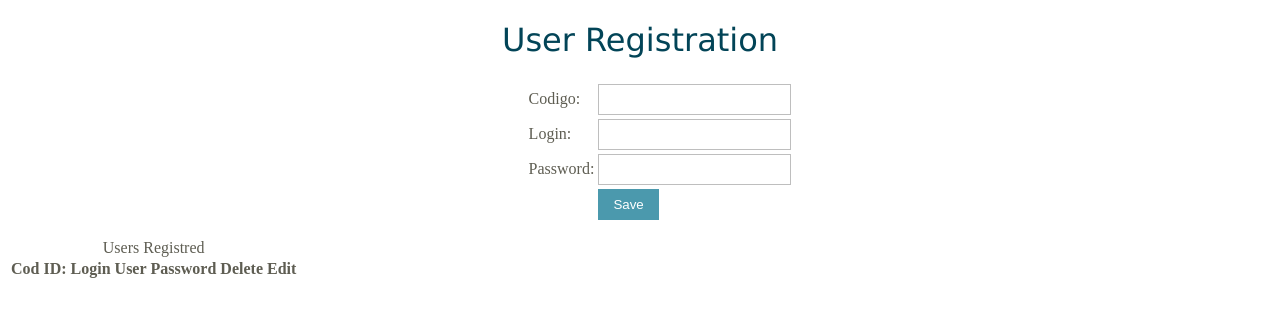
Repository: ViniciusBeletella/project-jsp
Page: http://localhost/project-jsp/userRegistration.jsp
The author's editor kept a copy of each file at every save. The page is drawn from the files as they stood at one save, then again after the next save.
The browser window is 1280 px wide. The pictures show the whole page.
The page is served by Tomcat 9.

Above is the page before, as saved 2019-12-20 22:24:51.

After the next save:
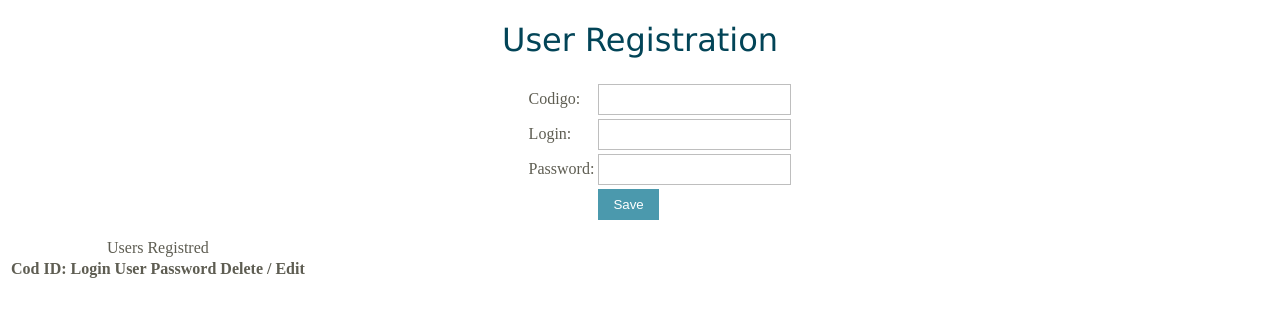
Saved 63 s later.
--- a/project-jsp/WebContent/userRegistration.jsp
+++ b/project-jsp/WebContent/userRegistration.jsp
@@ -54,8 +54,7 @@
 				<th>Cod ID:</th>
 				<th data-th="Driver details"><span>Login User</span></th>
 				<th>Password</th>
-				<th>Delete</th>
-				<th>Edit</th>
+				<th>Delete / Edit</th>
 			</tr>
 			<c:forEach items="${users}" var="userL">
 				<tr>
